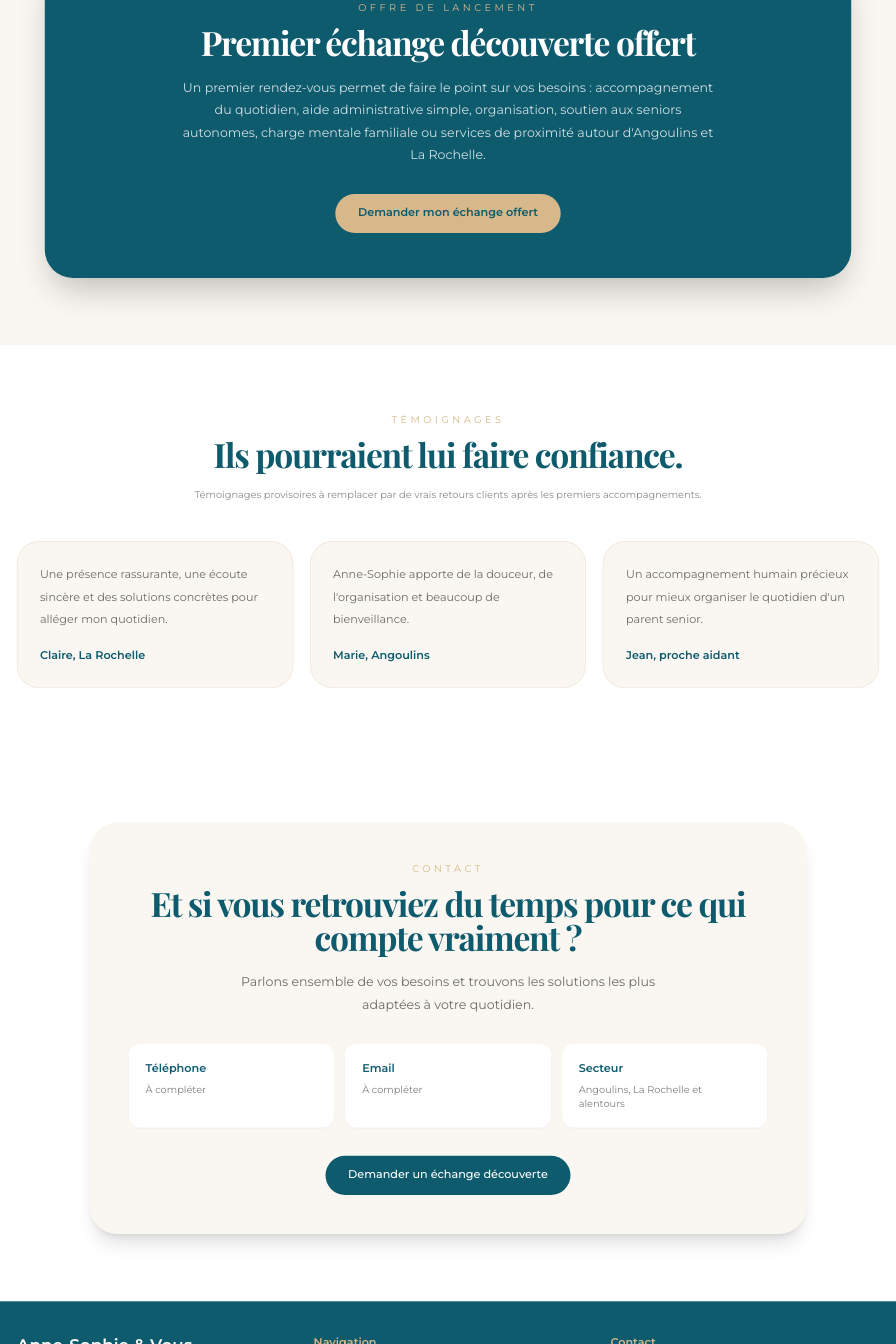
Repository: Virginie17/anne-sophie-et-vous
Page: /
The author's editor kept a copy of each file at every save. The page is drawn from the files as they stood at one save, then again after the next save.
The browser window is 1280 px wide. The pictures show the part of the page from y = 4580 to 6500 px (the page is 6780 px tall before and 6812 px after), at 70% of full size.
Some web fonts or font styles are not loaded; a fallback is used. The project was rebuilt for these pictures with package versions that can differ from the ones it lists, and the page was loaded fresh each time. The framework's server and built-in components were replaced by stand-ins that run in the browser. Also part of the build but not shown: next.config.js, next.config.mjs.

Above is the page before, as saved 2026-06-05 10:55:37.

After the next save:
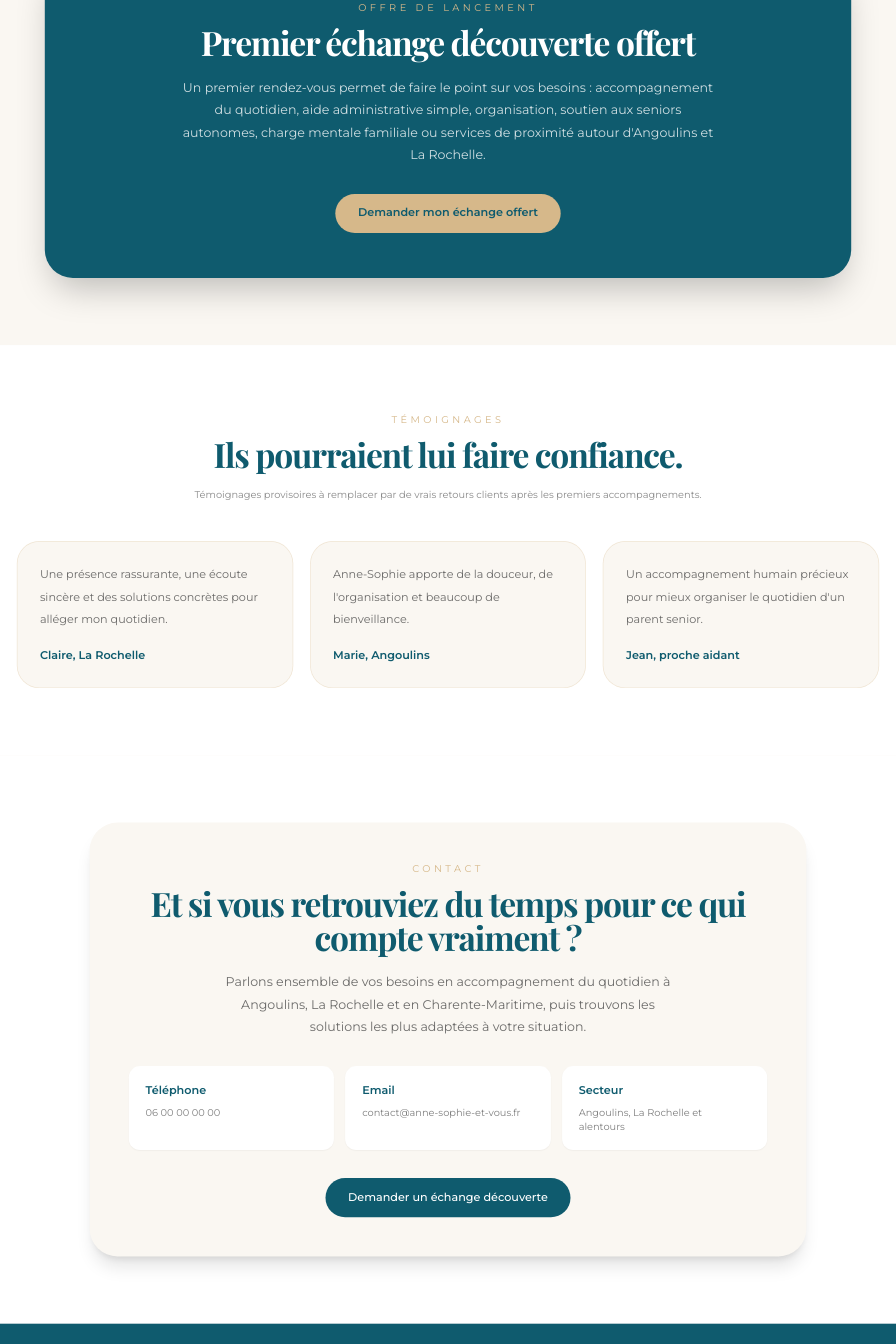
Saved 25 s later.
--- a/components/Contact.tsx
+++ b/components/Contact.tsx
@@ -1,3 +1,6 @@
+const phone = "06 00 00 00 00";
+const email = "contact@anne-sophie-et-vous.fr";
+
 export default function Contact() {
   return (
     <section id="contact" className="bg-white px-6 py-24">
@@ -11,19 +14,20 @@ export default function Contact() {
         </h2>
 
         <p className="mx-auto mb-10 max-w-2xl text-lg leading-8 text-[#3C3C3C]/75">
-          Parlons ensemble de vos besoins et trouvons les solutions les plus
-          adaptées à votre quotidien.
+          Parlons ensemble de vos besoins en accompagnement du quotidien à
+          Angoulins, La Rochelle et en Charente-Maritime, puis trouvons les
+          solutions les plus adaptées à votre situation.
         </p>
 
         <div className="grid gap-4 text-left md:grid-cols-3">
           <div className="rounded-2xl bg-white p-6 shadow-sm">
             <p className="font-semibold text-[#0F5B6E]">Téléphone</p>
-            <p className="mt-2 text-sm text-[#3C3C3C]/65">À compléter</p>
+            <p className="mt-2 text-sm text-[#3C3C3C]/65">{phone}</p>
           </div>
 
           <div className="rounded-2xl bg-white p-6 shadow-sm">
             <p className="font-semibold text-[#0F5B6E]">Email</p>
-            <p className="mt-2 text-sm text-[#3C3C3C]/65">À compléter</p>
+            <p className="mt-2 text-sm text-[#3C3C3C]/65">{email}</p>
           </div>
 
           <div className="rounded-2xl bg-white p-6 shadow-sm">
@@ -35,14 +39,12 @@ export default function Contact() {
         </div>
 
         <a
-          href="mailto:"
+          href={`mailto:${email}`}
           className="mt-10 inline-flex rounded-full bg-[#0F5B6E] px-8 py-4 font-medium text-white transition hover:-translate-y-1 hover:bg-[#0b4655]"
         >
           Demander un échange découverte
         </a>
       </div>
-
-
     </section>
   );
 }
